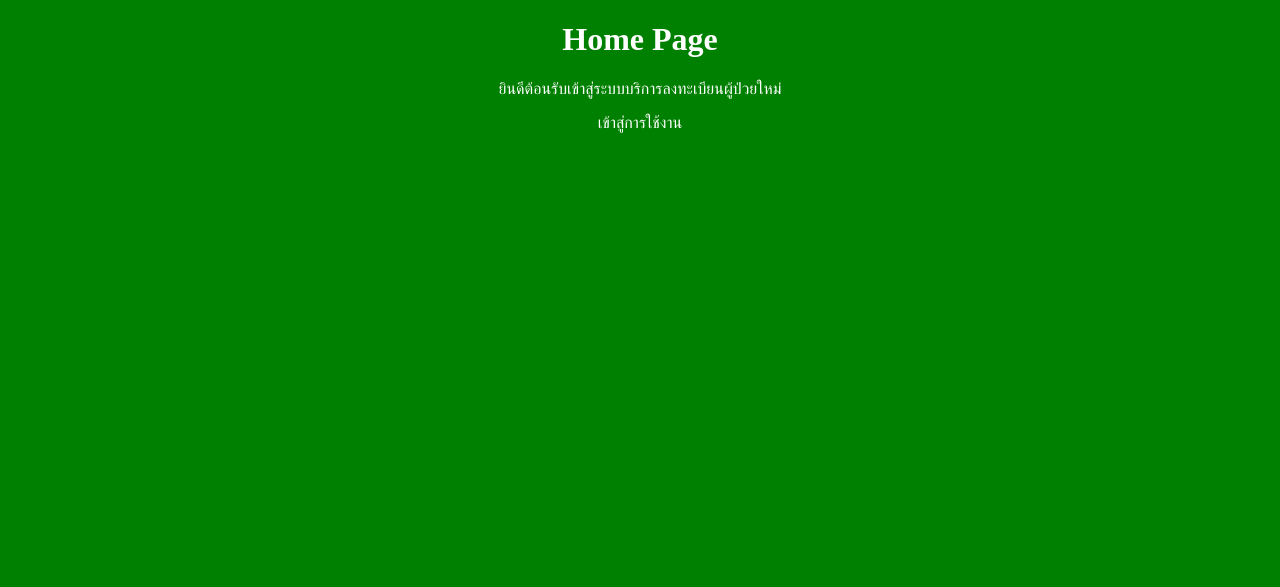
Repository: iamsamitdev/java_class_rd
Page: http://localhost/HelloJSP/
These files come from the project's save history. The page is drawn as it stood at one moment and after the next save; the edit follows.
The browser window is 1280 px wide. The pictures show the whole page.
The page is served by Tomcat 9.

Above is the page before, as saved 2020-03-11 08:15:58.

### JSP/HelloJSP/WebContent/index.jsp
<%@ page language="java" contentType="text/html; charset=UTF-8"
    pageEncoding="UTF-8"%>
<!DOCTYPE html>
<html>
<head>
<meta charset="UTF-8">
<title>Home</title>
<style type="text/css">
	body
	{
		background-color: green;
		color: white;
		text-align: center;
	}
</style>
</head>
<body>
	<h1>Home Page</h1>
	<p>ยินดีต้อนรับเข้าสู่ระบบบริการลงทะเบียนผู้ป่วยใหม่</p>
	<p>เข้าสู่การใช้งาน</p>
</body>
</html>

After the next save:
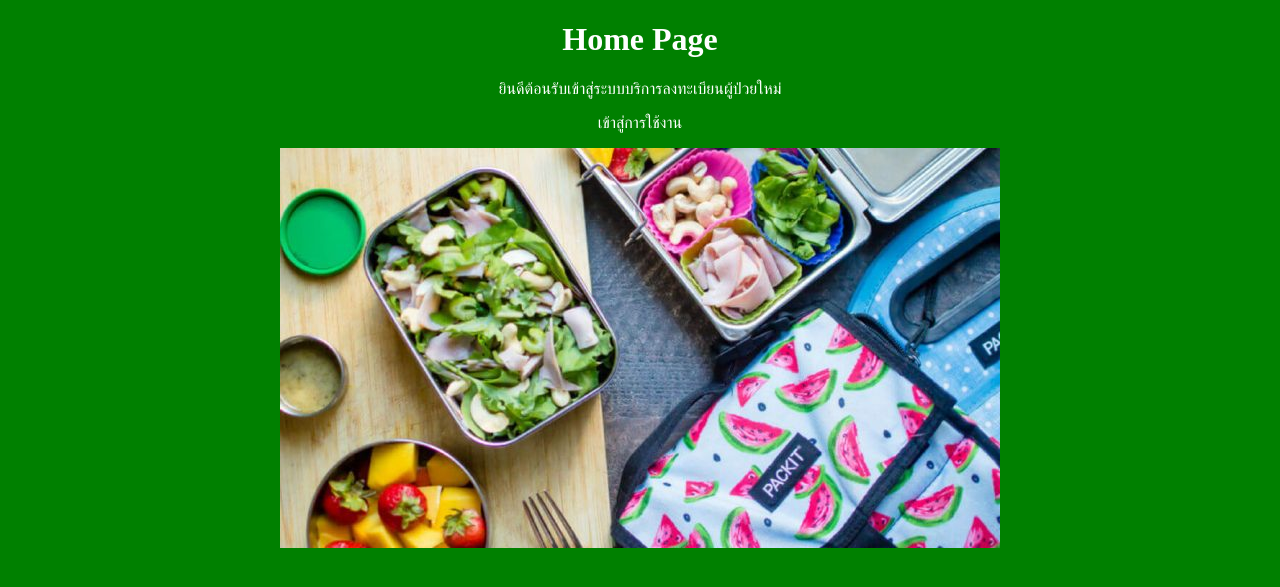
Saved 6 min 42 s later.
--- a/JSP/HelloJSP/WebContent/index.jsp
+++ b/JSP/HelloJSP/WebContent/index.jsp
@@ -18,5 +18,7 @@
 	<h1>Home Page</h1>
 	<p>ยินดีต้อนรับเข้าสู่ระบบบริการลงทะเบียนผู้ป่วยใหม่</p>
 	<p>เข้าสู่การใช้งาน</p>
+	<!-- ส่วนนี้คือการแทรกรูป  -->
+	<img alt="" src="images/cleanfood.jpg">
 </body>
 </html>
